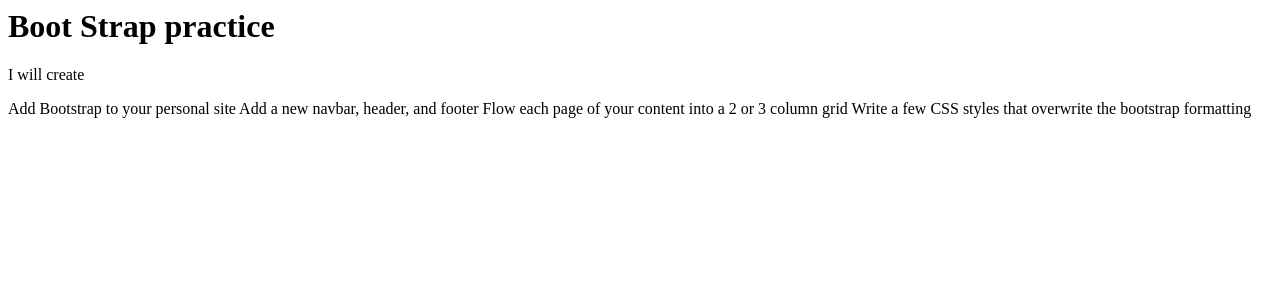
Repository: ayannasampson/bootstrappractice
Page: bs.html
These files come from the project's save history. The page is drawn as it stood at one moment and after the next save; the edit follows.
The browser window is 1280 px wide. The pictures show the whole page.

Above is the page before, as saved 2023-03-20 21:51:37.

After the next save:
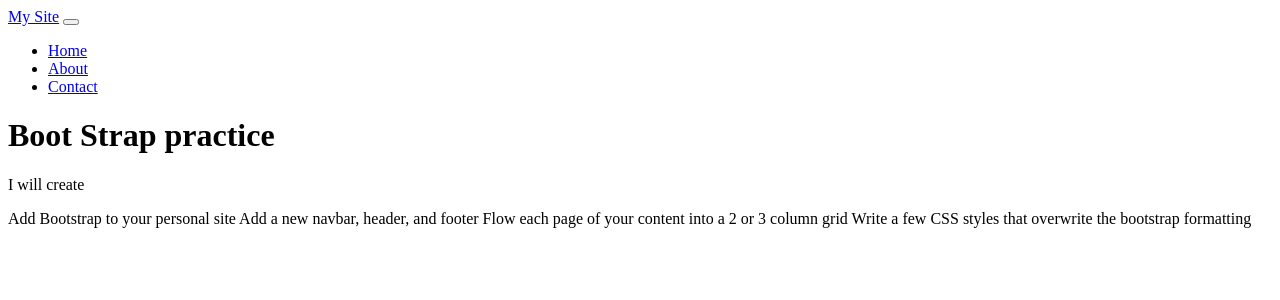
Console error: TypeError: Cannot read properties of undefined (reading 'fn')
Saved 6 min 44 s later.
--- a/bs.html
+++ b/bs.html
@@ -1,5 +1,25 @@
 <html>
     <body>
+        <nav class="navbar navbar-expand-md navbar-dark bg-dark">
+  <a class="navbar-brand" href="#">My Site</a>
+  <button class="navbar-toggler" type="button" data-toggle="collapse" data-target="#navbarNav" aria-controls="navbarNav" aria-expanded="false" aria-label="Toggle navigation">
+    <span class="navbar-toggler-icon"></span>
+  </button>
+  <div class="collapse navbar-collapse" id="navbarNav">
+    <ul class="navbar-nav">
+      <li class="nav-item active">
+        <a class="nav-link" href="#">Home</a>
+      </li>
+      <li class="nav-item">
+        <a class="nav-link" href="#">About</a>
+      </li>
+      <li class="nav-item">
+        <a class="nav-link" href="#">Contact</a>
+      </li>
+    </ul>
+  </div>
+</nav>
+
         <h1>Boot Strap practice</h1>
         <p>I will create </p>
         <ls>
@@ -7,6 +27,7 @@
 <ls>Add a new navbar, header, and footer</ls>
 <ls></ls>Flow each page of your content into a 2 or 3 column grid</ls>
 <ls>Write a few CSS styles that overwrite the bootstrap formatting</ls>
+     <script src="https://maxcdn.bootstrapcdn.com/bootstrap/4.0.0/js/bootstrap.min.js"></script>
+    </body>
 
-    </body>
 </html>
